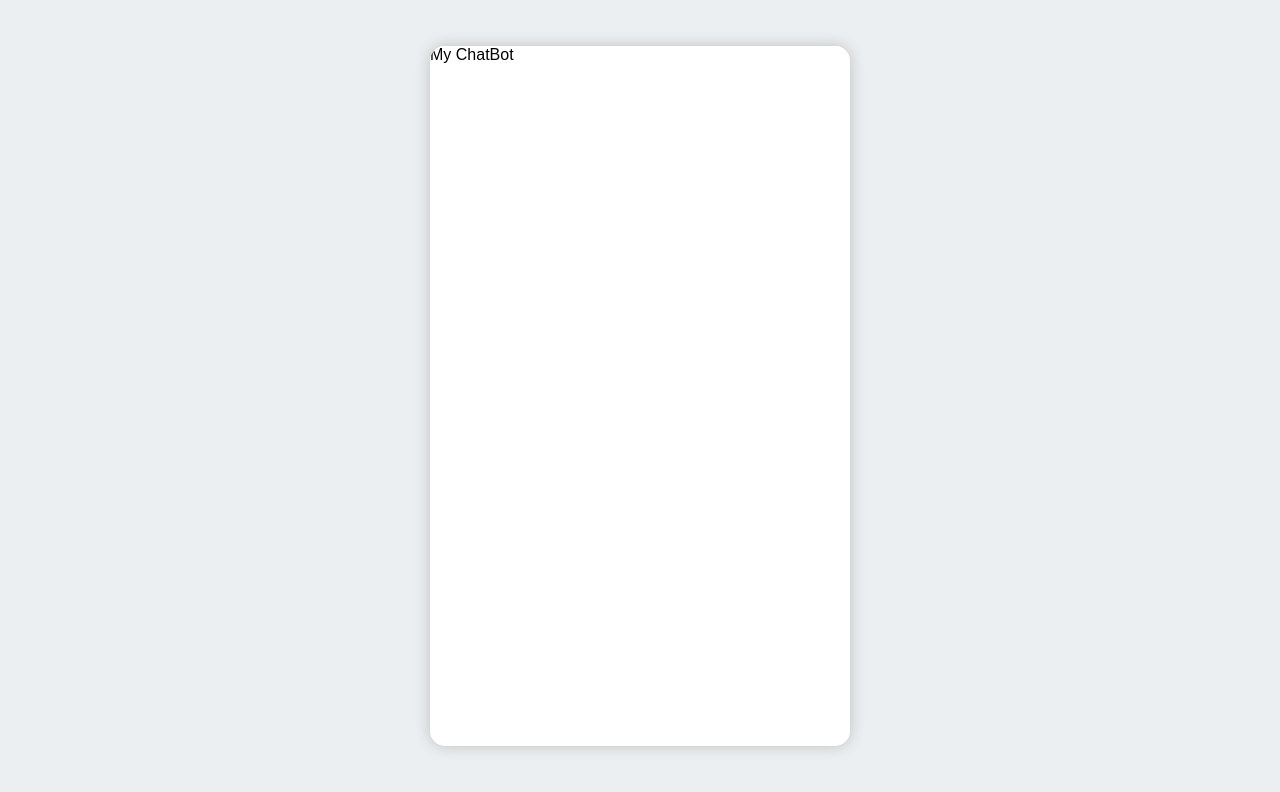
Repository: nt269782-web/Offline-ChatBot
Page: front.html
The author's editor kept a copy of each file at every save. The page is drawn from the files as they stood at one save, then again after a run of saves.
The browser window is 1280 px wide. The pictures show the whole page.

Above is the page before, as saved 2026-07-07 15:10:28.

### front.html
<!DOCTYPE html>
<html lang="en">
<head>
    <meta charset="UTF-8">
    <meta name="viewport" content="width=device-width, initial-scale=1.0">
    <title>Document</title>
    <style>
        *{
        margin:0;
        padding:0;
        box-sizing:border-box;
        font-family:Arial,sans-serif;
        }

        body{
            background: #eceff1;
            display: flex;
            justify-content: center;
            align-items: center;
            height: 110vh;
        }
        .chat-container {
            width: 420px;
            height: 700px;
            overflow: hidden;
            background:#fff;
            border-radius:15px;
            box-shadow:0 0 15px rgba(0,0,0,.2)


        }
        .header{
            background-color: rgb(255, 255, 255);
            counter-reset: ;: #135683;

        }
    </style>
</head>

<body>
    <div class="chat-container">
    <div class="header">
        My ChatBot
    </div>

    </div>
</body>
</html>

After the next 6 saves:
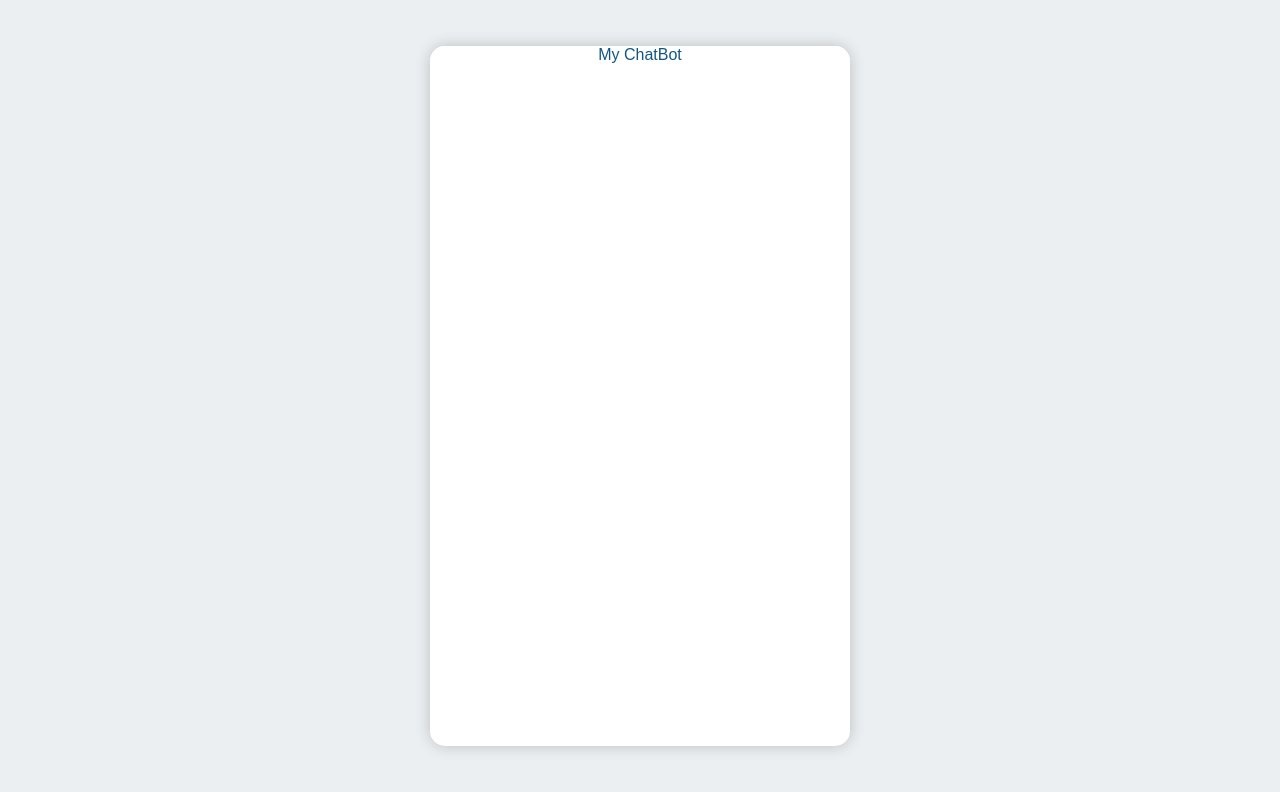
The 6 saves are shown as one change because they came seconds apart.
The last was saved 14 s later.
--- a/front.html
+++ b/front.html
@@ -31,7 +31,9 @@
         }
         .header{
             background-color: rgb(255, 255, 255);
-            counter-reset: ;: #135683;
+            color: #135683;
+            text-align: center;
+
 
         }
     </style>
